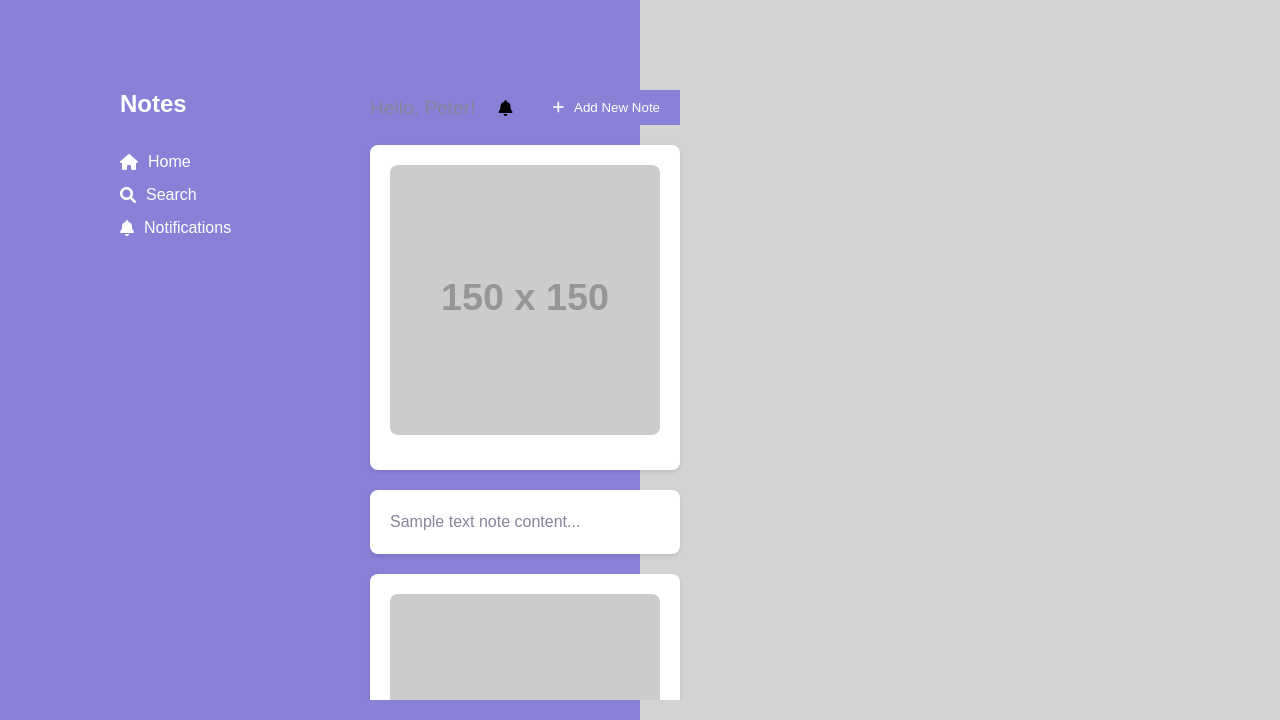
Repository: SatenikGabrielyan/HTML_CSS-_Assignment
Page: index.html
An editor plug-in stored every save of this project. The page is shown before and after the next save, followed by the edit.
The browser window is 1280 px wide. The pictures show the whole page.
An inner scrolling area shows only its first screen.

Above is the page before, as saved 2025-03-17 00:31:13.

### index.html
<!DOCTYPE html>
<html lang="en">
  <head>
    <meta charset="UTF-8" />
    <meta name="viewport" content="width=device-width, initial-scale=1.0" />
    <title>Notes App</title>
    <link rel="stylesheet" href="./style.css" />
    <!-- Include Font Awesome for icons -->
    <link href="https://cdnjs.cloudflare.com/ajax/libs/font-awesome/6.0.0-beta3/css/all.min.css" rel="stylesheet"/>
  </head>
  <body>

      <div class="cont">
          <div class="purp"></div>
          <div class="whit"></div>
      </div>
    <div class="container">

      <nav class="sidebar">
        <div class="sidebar-header">
          <h2>Notes</h2>
        </div>
        <ul class="sidebar-list">
          <li><i class="fas fa-home"></i> Home</li>
          <li><i class="fas fa-search"></i> Search</li>
          <li><i class="fas fa-bell"></i> Notifications</li>
        </ul>
      </nav>

      <main class="main-content">
        <header>
          <div class="header-left">
            <p>Hello, Peter!</p>
          </div>
          <div class="header-right">
            <i class="fas fa-bell"></i>
            <button class="add-note-btn">
              <i class="fas fa-plus"></i> Add New Note
            </button>
          </div>
        </header>
        <section class="notes-grid">

          <div class="note-item image-note">
            <img src="https://via.placeholder.com/150" alt="Note Image" />
          </div>

          <div class="note-item text-note">
            <p>Sample text note content...</p>
          </div>

          <div class="note-item mixed-note">
            <img src="https://via.placeholder.com/150" alt="Note Image" />
            <p>Sample mixed note content...</p>
          </div>
        </section>
      </main>
    </div>

  </body>
</html>

### style.css
/* CSS Variables for Colors */
:root {
    --bg-color: #fbfbfb;
    --primary-color: #8981d8;
    --secondary-color: #d0d0d0;
    --text-color: #858499;
    --highlight-color: #7f77cc;
    --hover-color: rgba(137, 129, 216, 0.5);
  }

  /* General Reset */
  * {
    margin: 0;
    padding: 0;
    box-sizing: border-box;
  }

  body {
    font-family: Arial, sans-serif;
    background-color: var(--bg-color);
    display: flex;
    height: 100vh;
  }
  .wrapper{
    position: relative;
  }
  .cont{
      display: flex;
      width: 100%;
      position: relative;
      z-index: -1;
      border-radius: 10px;
  }
.purp {
    width: 50%;
    background-color: var(--primary-color);
    flex-direction: row;
}
.whit {
    width: 50%;
    background-color: lightgray;
    flex-direction: row;
}
  .container {
    display: flex;
    width: 800px;
    height: 700px;
    padding-top: 70px;
    padding-right: 100px;
    padding-left: 100px;
    box-shadow: 10px lightgray;

    /* background: center; */
    position: absolute;
    z-index: 2;
    border-radius: 30px;
  }

  /* Sidebar Styling */
  .sidebar {
    width: 250px;
    background-color: var(--primary-color);
    color: #fff;
    display: flex;
    flex-direction: column;
    padding: 20px;
  }

  .sidebar-header h2 {
    margin-bottom: 20px;
  }

  .sidebar-list {
    list-style: none;
  }

  .sidebar-list li {
    margin: 15px 0;
    display: flex;
    align-items: center;
    cursor: pointer;
  }

  .sidebar-list li i {
    margin-right: 10px;
  }

  /* Main Content Styling */
  .main-content {
    flex-grow: 1;
    padding: 20px;
    overflow-y: auto;
  }

  header {
    display: flex;
    justify-content: space-between;
    align-items: center;
    margin-bottom: 20px;
  }

  .header-left p {
    font-size: 1.2em;
    color: var(--text-color);
  }

  .header-right {
    display: flex;
    align-items: center;
  }

  .header-right i {
    margin-right: 20px;
    cursor: pointer;
  }

  .add-note-btn {
    background-color: var(--primary-color);
    color: #fff;
    border: none;
    padding: 10px 20px;
    cursor: pointer;
    display: flex;
    align-items: center;
  }

  .add-note-btn i {
    margin-right: 10px;
  }

  /* Notes Grid Styling */
  .notes-grid {
    display: grid;
    grid-template-columns: repeat(auto-fill, minmax(300px, 1fr));
    gap: 20px;
  }

  .note-item {
    background-color: #fff;
    border-radius: 8px;
    box-shadow: 0 2px 4px rgba(0, 0, 0, 0.1);
    overflow: hidden;
    display: flex;
    flex-direction: column;
    padding: 20px;
  }

  .note-item img {
    width: 100%;
    height: auto;
    border-radius: 8px;
    margin-bottom: 15px;
  }

  .note-item p {
    color: var(--text-color);
    font-size: 1em;
    line-height: 1.5;
  }

  /* Hover Effect for Filter Buttons */
  .sidebar-list li:hover {
    background-color: var(--highlight-color);
    transition: background-color 0.3s ease;
  }

  /* Mobile Responsiveness */
  @media (max-width: 768px) {
    .container {
      flex-direction: column;
    }

    .sidebar {
      width: 100%;
      flex-direction: row;
      justify-content: space-around;
      padding: 10px;
    }

    .sidebar-list {
      display: flex;
      flex-direction: row;
      gap: 15px;
    }

    .sidebar-list li {
      margin: 0;
    }

    .main-content {
      padding: 10px;
    }

    header {
      flex-direction: column;
      align-items: flex-start;
    }

    .header-right {
      margin-top: 10px;
    }

    .notes-grid {
      grid-template-columns: 1fr;
    }

    .note-item {
      padding: 10px;
    }

    .note-item img {
      margin-bottom: 10px;
    }
  }

After the next save:
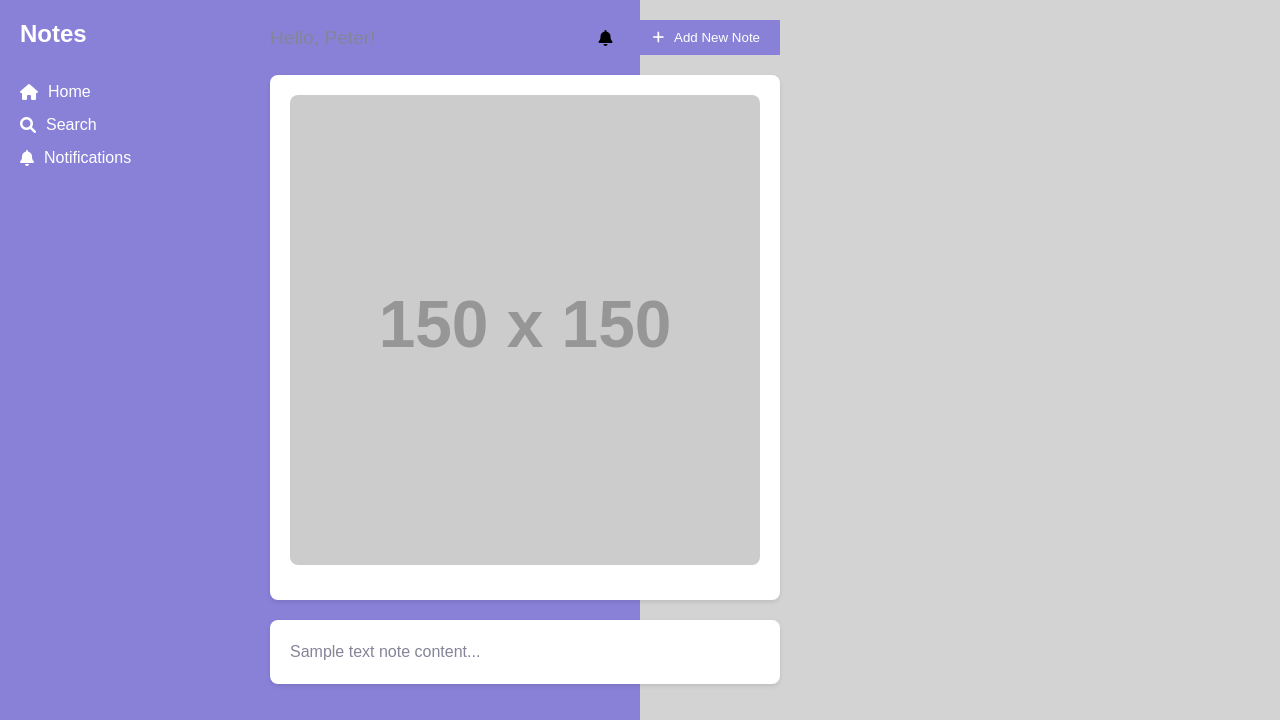
Saved 13 s later.
--- a/style.css
+++ b/style.css
@@ -45,9 +45,7 @@
     display: flex;
     width: 800px;
     height: 700px;
-    padding-top: 70px;
-    padding-right: 100px;
-    padding-left: 100px;
+    padd
     box-shadow: 10px lightgray;
 
     /* background: center; */
